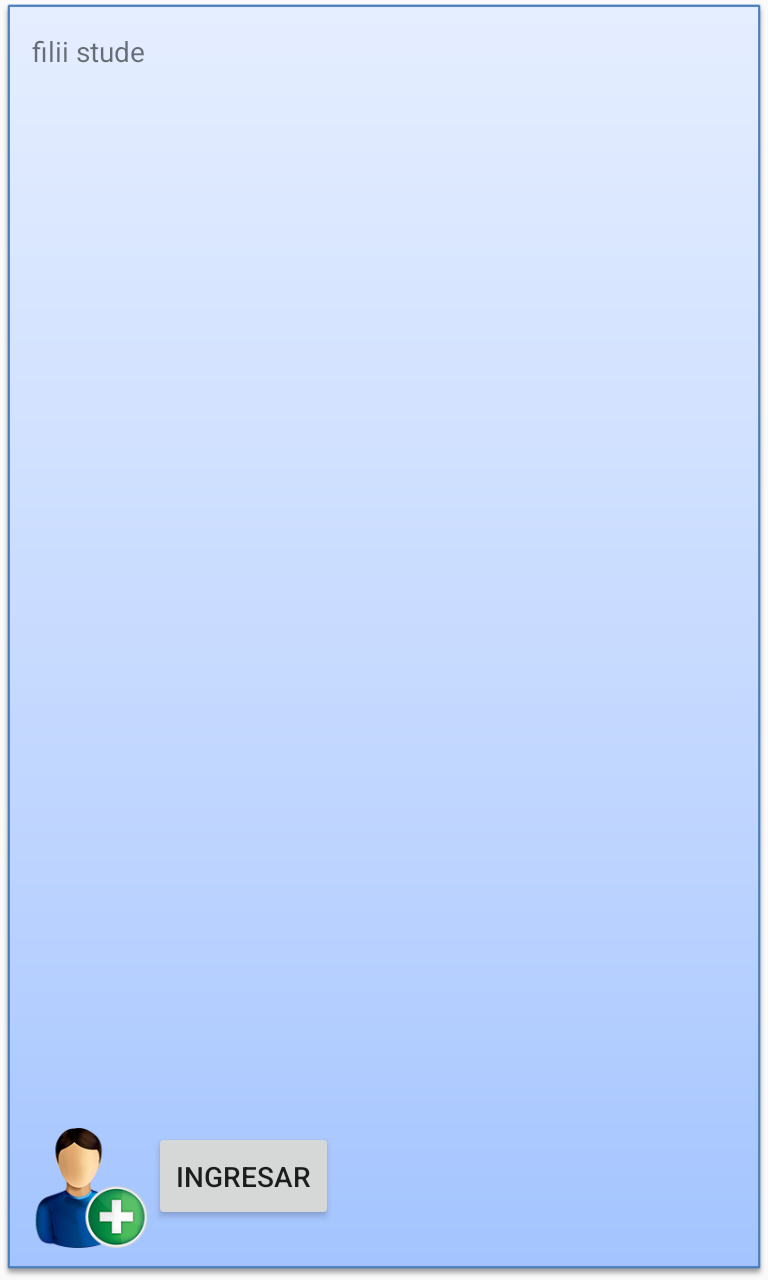
Repository: AntonioloNeviani/ProyectoDeInvestigacion_Android
Layout: FiliiStude/res/layout/activity_main.xml
An editor plug-in stored every save of this project. The layout is shown before and after the next save, followed by the edit.
It is drawn on a 768 x 1280 px phone screen (xhdpi) without system bars, with theme AppTheme; the app's code is not run. Lists and similar views that code fills are empty.

Above is the layout before, as saved 2015-05-26 16:38:08.

### FiliiStude/res/layout/activity_main.xml
<RelativeLayout xmlns:android="http://schemas.android.com/apk/res/android"
    xmlns:tools="http://schemas.android.com/tools"
    android:layout_width="match_parent"
    android:layout_height="match_parent"
    android:background="@drawable/imagen1"
    android:onClick="onClick"
    android:paddingBottom="@dimen/activity_vertical_margin"
    android:paddingLeft="@dimen/activity_horizontal_margin"
    android:paddingRight="@dimen/activity_horizontal_margin"
    android:paddingTop="@dimen/activity_vertical_margin"
    tools:context="com.filii.filiistude.MainActivity" >

    <LinearLayout
        android:layout_width="wrap_content"
        android:layout_height="wrap_content"
        android:layout_alignParentBottom="true"
        android:layout_alignParentLeft="true"
        android:layout_alignParentRight="true"
        android:layout_alignParentTop="true"
        android:orientation="vertical" >

        <LinearLayout
            android:layout_width="match_parent"
            android:layout_height="wrap_content"
            android:layout_weight="0.93"
            android:orientation="vertical" >

            <TextView
                android:layout_width="match_parent"
                android:layout_height="wrap_content"
                android:text="filii stude" />

            <ListView
                android:id="@+id/listView1"
                android:layout_width="match_parent"
                android:layout_height="wrap_content"
                android:layout_weight="13.79">
            </ListView>
        </LinearLayout>

        <LinearLayout
            android:layout_width="match_parent"
            android:layout_height="wrap_content" >

            <ImageButton
                android:id="@+id/button1"
                android:layout_width="60dp"
                android:layout_height="60dp"
                android:onClick="onClick"
                android:background="@drawable/user_add" />


            <Button
                android:id="@+id/button2"
                android:layout_width="wrap_content"
                android:layout_height="wrap_content"
                android:onClick="onClick"
                android:text="Ingresar" />

        </LinearLayout>
    </LinearLayout>

</RelativeLayout>

Loaded but not shown: FiliiStude/res/values/styles.xml (common file); FiliiStude/res/values-v11/styles.xml (common file); FiliiStude/res/values-v14/styles.xml (common file); FiliiStude/res/values/dimens.xml (common file); FiliiStude/res/values-w820dp/dimens.xml (common file)

After the next save:
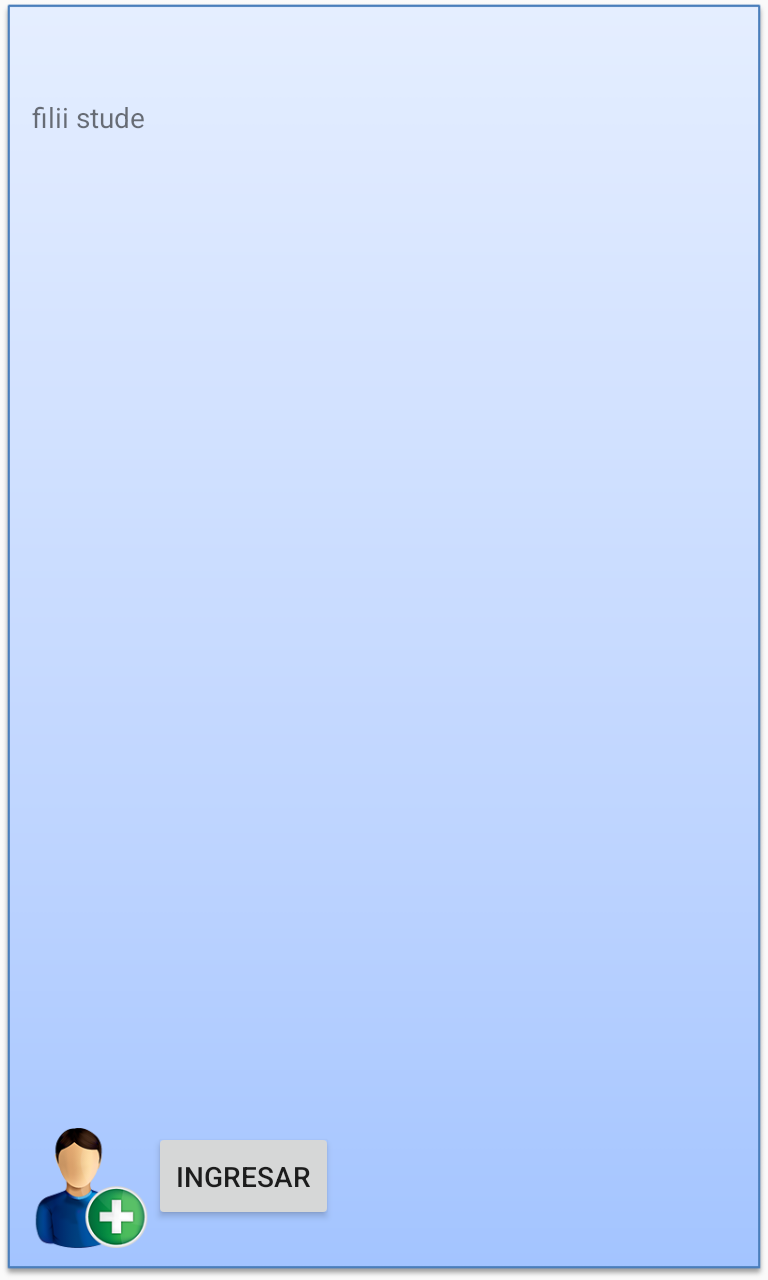
Saved 15 min 48 s later.
--- a/FiliiStude/res/layout/activity_main.xml
+++ b/FiliiStude/res/layout/activity_main.xml
@@ -24,6 +24,12 @@
             android:layout_height="wrap_content"
             android:layout_weight="0.93"
             android:orientation="vertical" >
+
+            <LinearLayout
+                android:layout_width="match_parent"
+                android:layout_height="wrap_content"
+                android:layout_weight="0.93" >
+            </LinearLayout>
 
             <TextView
                 android:layout_width="match_parent"
